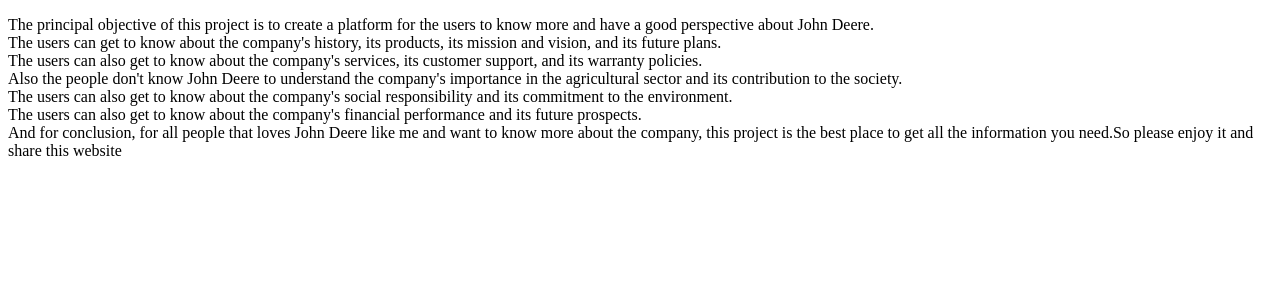
Repository: EduardoJunqueira2004/WEBJohnDeere
Page: aboutus.html
These files come from the project's save history. The page is drawn as it stood at one moment and after the next save; the edit follows.
The browser window is 1280 px wide. The pictures show the whole page.

Above is the page before, as saved 2024-12-05 11:32:17.

### aboutus.html
<!DOCTYPE html>
<html lang="en">
<head>
    <meta charset="UTF-8">
    <meta name="viewport" content="width=device-width, initial-scale=1.0">
    <title>AboutUs.html</title>
</head>
<body>
    <p>
        The principal objective of this project is to create a platform for the users to know more and have a good perspective about John Deere.<br>
        The users can get to know about the company's history, its products, its mission and vision, and its future plans.<br>
        The users can also get to know about the company's services, its customer support, and its warranty policies.<br>
        Also the people don't know John Deere to understand the company's importance in the agricultural sector and its contribution to the society.<br>
        The users can also get to know about the company's social responsibility and its commitment to the environment.<br>
        The users can also get to know about the company's financial performance and its future prospects.<br>
        And for conclusion, for all people that loves John Deere like me and want to know more about the company, this project is the best place to get all the information you need.So please enjoy it and share this website
    </p>
</body>
</html>

After the next save:
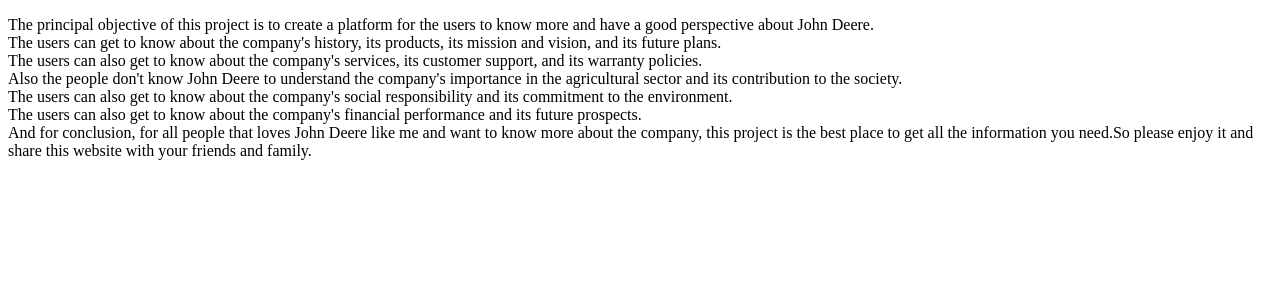
Saved 4 s later.
--- a/aboutus.html
+++ b/aboutus.html
@@ -13,7 +13,7 @@
         Also the people don't know John Deere to understand the company's importance in the agricultural sector and its contribution to the society.<br>
         The users can also get to know about the company's social responsibility and its commitment to the environment.<br>
         The users can also get to know about the company's financial performance and its future prospects.<br>
-        And for conclusion, for all people that loves John Deere like me and want to know more about the company, this project is the best place to get all the information you need.So please enjoy it and share this website
+        And for conclusion, for all people that loves John Deere like me and want to know more about the company, this project is the best place to get all the information you need.So please enjoy it and share this website with your friends and family.
     </p>
 </body>
 </html>
